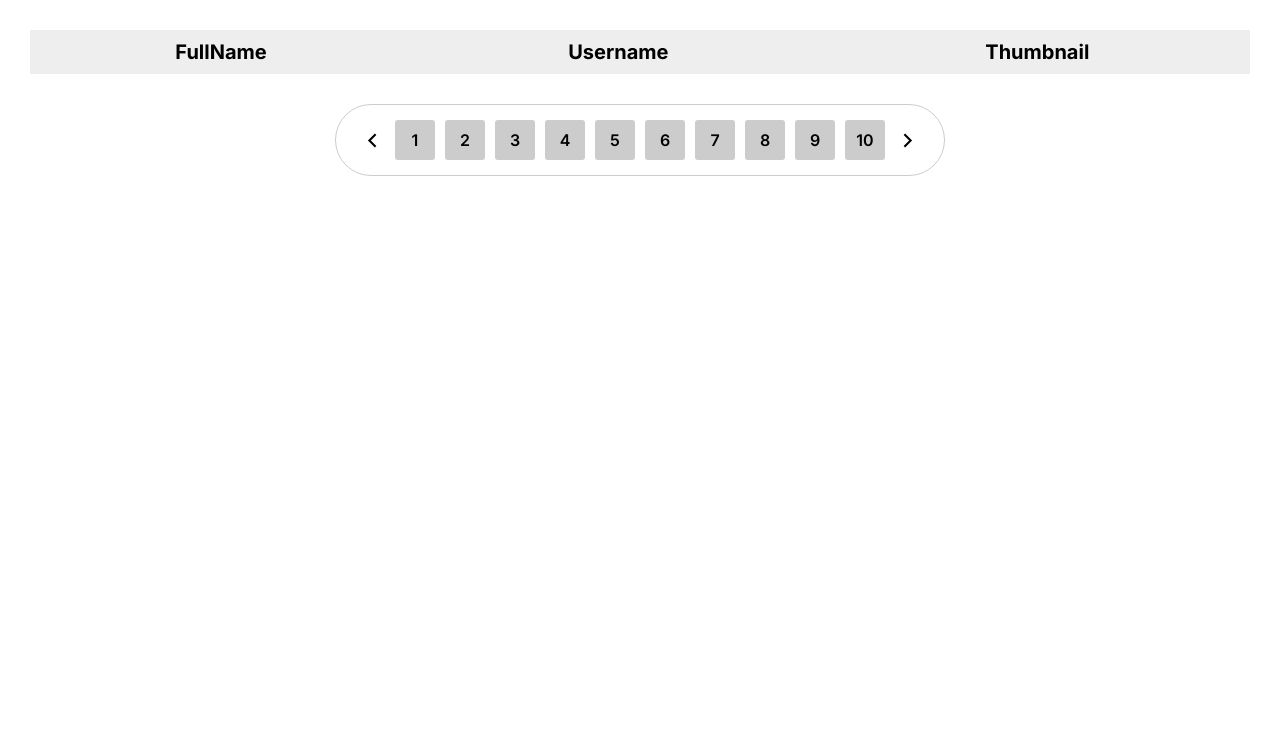
Repository: hoang0508/Test-FrontendReactJs-Twendee
Page: /
The author's editor kept a copy of each file at every save. The page is drawn from the files as they stood at one save, then again after the next save.
The browser window is 1280 px wide. The pictures show the whole page.
The page's requests for data from a server got no answer. The project was rebuilt for these pictures with package versions that can differ from the ones it lists, and the page was loaded fresh each time. No one was signed in, and anything a server would have sent is missing.

Above is the page before, as saved 2023-02-06 21:48:59.

### src/index.tsx
import React from "react";
import ReactDOM from "react-dom/client";
import "./index.scss";
import App from "./App";
import reportWebVitals from "./reportWebVitals";
import { Provider } from "react-redux";
import store from "./redux/store";

const root = ReactDOM.createRoot(
  document.getElementById("root") as HTMLElement
);
root.render(
  <React.StrictMode>
    <Provider store={store}>
      <App />
    </Provider>
  </React.StrictMode>
);

// If you want to start measuring performance in your app, pass a function
// to log results (for example: reportWebVitals(console.log))
// or send to an analytics endpoint. Learn more: https://bit.ly/CRA-vitals
reportWebVitals();

### src/index.scss
@import url("https://fonts.googleapis.com/css2?family=Inter:wght@300;400;500;600;700&display=swap");
*,
*:before,
*:after {
  box-sizing: border-box;
}
* {
  margin: 0;
  padding: 0;
  font: inherit;
}
img,
picture,
svg,
video {
  display: block;
  max-width: 100%;
}
body {
  min-height: 100vh;
  font-family: "Inter", sans-serif;
}

### src/App.tsx
import UserTable from "./components/UserTable";

function App() {
  return (
    <div>
      <UserTable />
    </div>
  );
}

export default App;

### src/redux/store.tsx
import { configureStore, combineReducers } from "@reduxjs/toolkit";
import usersSlice from "./usersSlice";

const reducer = combineReducers({
  users: usersSlice,
});

const store = configureStore({
  reducer: reducer,
  middleware: (getDefaultMiddleware) =>
    getDefaultMiddleware({
      serializableCheck: false,
    }).concat(),
});

export type RootState = ReturnType<typeof store.getState>;

export type AppDispatch = typeof store.dispatch;

export default store;

### src/components/UserTable.tsx
import React, { useEffect } from "react";
import { useDispatch, useSelector } from "react-redux";
import { RootState } from "../redux/store";
import { fetchDataUser, setCurrentPage } from "../redux/usersSlice";
import { ItemData } from "../utils/type";
import Pagination from "./Pagination";
import { v4 } from "uuid";
import "./UserTable.scss";

const UserTable = () => {
  const usersPerPage = 10;
  // dispatch redux
  const dispatch = useDispatch();
  const { users, currentPage } = useSelector((state: any) => state.users);

  useEffect(() => {
    dispatch(
      fetchDataUser({
        currentPage,
        numberPerPage: usersPerPage,
      })
    );
  }, [currentPage, dispatch, usersPerPage]);

  // Change page
  const handlePaginate = (pageNumber: number) =>
    dispatch(setCurrentPage(pageNumber));

  // Get current users
  const currentUsers = users?.results;
  console.log(
    "🚀 ~ file: UserTable.tsx:28 ~ UserTable ~ currentUsers",
    currentUsers
  );

  return (
    <>
      <div className="userTable">
        <table className="userTable-table">
          <thead>
            <tr>
              <th>FullName</th>
              <th>Username</th>
              <th>Thumbnail</th>
            </tr>
          </thead>
          <tbody>
            {currentUsers &&
              currentUsers.length > 0 &&
              currentUsers.map((user: ItemData) => (
                <tr key={v4()}>
                  <td>
                    <span>{user?.name?.title}</span>
                    <span>{user?.name?.first}</span>
                    <span>{user?.name?.last}</span>
                  </td>
                  <td>{user?.login?.username}</td>
                  <td>
                    <div className="image-user">
                      <img src={user?.picture?.thumbnail} alt="" />
                    </div>
                  </td>
                </tr>
              ))}
          </tbody>
        </table>
        <Pagination
          usersPerPage={usersPerPage}
          handlePaginate={handlePaginate}
        />
      </div>
    </>
  );
};

export default UserTable;

### src/redux/usersSlice.tsx
import { createAsyncThunk, createSlice } from "@reduxjs/toolkit";
import axios from "../api/apiConfig";

interface IData {
  currentPage: number;
  numberPerPage: number;
}

// Fectch Data Users
export const fetchDataUser: any = createAsyncThunk(
  "users/fetchUsers",
  async (data: IData, thunkAPI) => {
    const res = await axios.get(
      `?page=${data?.currentPage}&results=${data?.numberPerPage}`
    );
    return res;
  }
);

const userSlice = createSlice({
  name: "user",
  initialState: {
    users: [],
    currentPage: 1,
  },
  reducers: {
    setCurrentPage: (state, action) => ({
      ...state,
      currentPage: action.payload,
    }),
  },
  extraReducers: (builder) => {
    // Add reducers for additional action types here, and handle loading state as needed
    builder.addCase(fetchDataUser.fulfilled, (state: any, action) => {
      // Add user to the state array
      state.users = action.payload;
    });
  },
});

export const { setCurrentPage } = userSlice.actions;
export default userSlice.reducer;

### src/components/Pagination.tsx
import { useSelector } from "react-redux";
import { RootState } from "../redux/store";
import { TotalUser } from "../utils/enum";
import { GrFormPrevious, GrFormNext } from "react-icons/gr";

interface PropsPagination {
  usersPerPage: number;
  handlePaginate: (itemNunber: number) => void;
}

const Pagination = ({ usersPerPage, handlePaginate }: PropsPagination) => {
  const pageNumbers = [];
  for (let i = 1; i <= Math.ceil(TotalUser.TOTAL_USER / usersPerPage); i++) {
    pageNumbers.push(i);
  }
  const { currentPage } = useSelector((state: RootState) => state.users);

  return (
    <nav>
      <ul className="pagination">
        <span className="pagination-prev">
          <GrFormPrevious />
        </span>
        {pageNumbers.map((itemNumber: number) => (
          <li
            key={itemNumber}
            className={`page-item ${
              currentPage === itemNumber ? "active-page" : ""
            }`}
          >
            <button
              onClick={() => handlePaginate(itemNumber)}
              className="page-link"
            >
              {itemNumber}
            </button>
          </li>
        ))}
        <span className="pagination-next">
          <GrFormNext className="pagination-next" />
        </span>
      </ul>
    </nav>
  );
};

export default Pagination;

### src/components/UserTable.scss
.userTable {
  margin: 30px;
  &-table {
    border-collapse: collapse;
    width: 100%;
    font-family: "Inter", sans-serif;
  }

  thead {
    background-color: #eee;
    th {
      padding: 10px;
      font-size: 20px;
      font-weight: 700;
    }
  }

  td {
    border: 1px solid #dddddd;
    text-align: center;
    padding: 10px;
    .image-user {
      width: 80px;
      height: 80;
      margin: 0 auto;
      img {
        width: 100%;
        height: 100%;
        object-fit: cover;
        border: 3px solid #fff;
        border-radius: 100rem;
      }
    }
  }

  tr:nth-child(even) {
    background-color: #dddddd;
    font-weight: 600;
  }
}

.pagination {
  display: flex;
  justify-content: center;
  align-items: center;
  gap: 0 10px;
  margin-top: 30px;
  list-style: none;
  border: 1px solid #ccc;
  border-radius: 100rem;
  padding: 15px;
  width: 50%;
  margin: 30px auto 0;
  &-next {
    font-size: 25px;
    cursor: pointer;
  }
  &-prev {
    font-size: 25px;
    cursor: pointer;
  }
  button.page-link {
    width: 40px;
    height: 40px;
    cursor: pointer;
    border: 0;
    background-color: #ccc;
    border-radius: 3px;
    padding: 5px 10px;
    font-weight: 600;
  }
}

### src/api/apiConfig.ts
import axios from "axios";

const instance = axios.create({
  baseURL: "https://randomuser.me/api/",
});

// Add a request interceptor
instance.interceptors.request.use(
  function (config) {
    // Do something before request is sent
    return config;
  },
  function (error) {
    // Do something with request error
    return Promise.reject(error);
  }
);

// Add a response interceptor
instance.interceptors.response.use(
  function (response) {
    return response && response?.data ? response?.data : response;
  },
  function (error) {
    // Any status codes that falls outside the range of 2xx cause this function to trigger
    // Do something with response error
    return error && error?.message ? error?.message : Promise.reject(error);
  }
);

export default instance;

### src/utils/enum.ts
export enum TotalUser {
  TOTAL_USER = 100,
}

Loaded but not shown: public/index.html (common file); src/reportWebVitals.ts (common file)

After the next save:
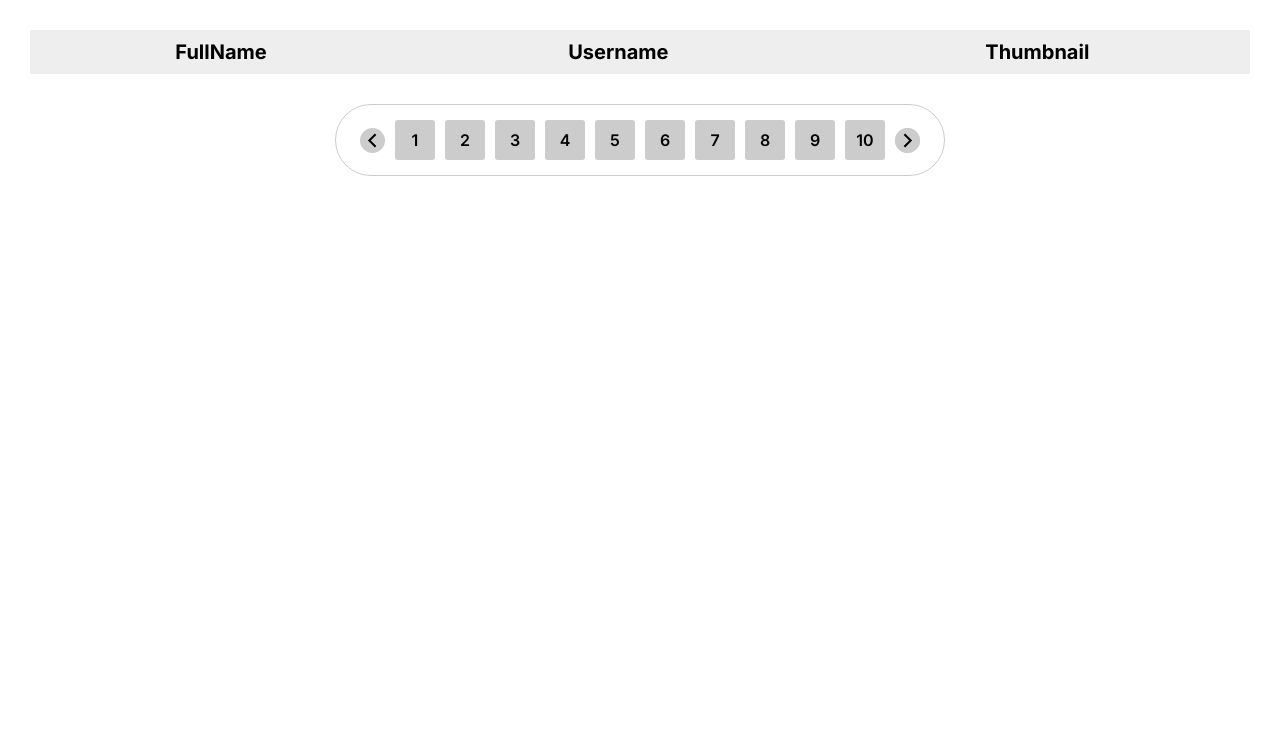
Saved 37 s later.
--- a/src/components/UserTable.scss
+++ b/src/components/UserTable.scss
@@ -54,10 +54,14 @@
   &-next {
     font-size: 25px;
     cursor: pointer;
+    background-color: #ccc;
+    border-radius: 100rem;
   }
   &-prev {
     font-size: 25px;
     cursor: pointer;
+    background-color: #ccc;
+    border-radius: 100rem;
   }
   button.page-link {
     width: 40px;
